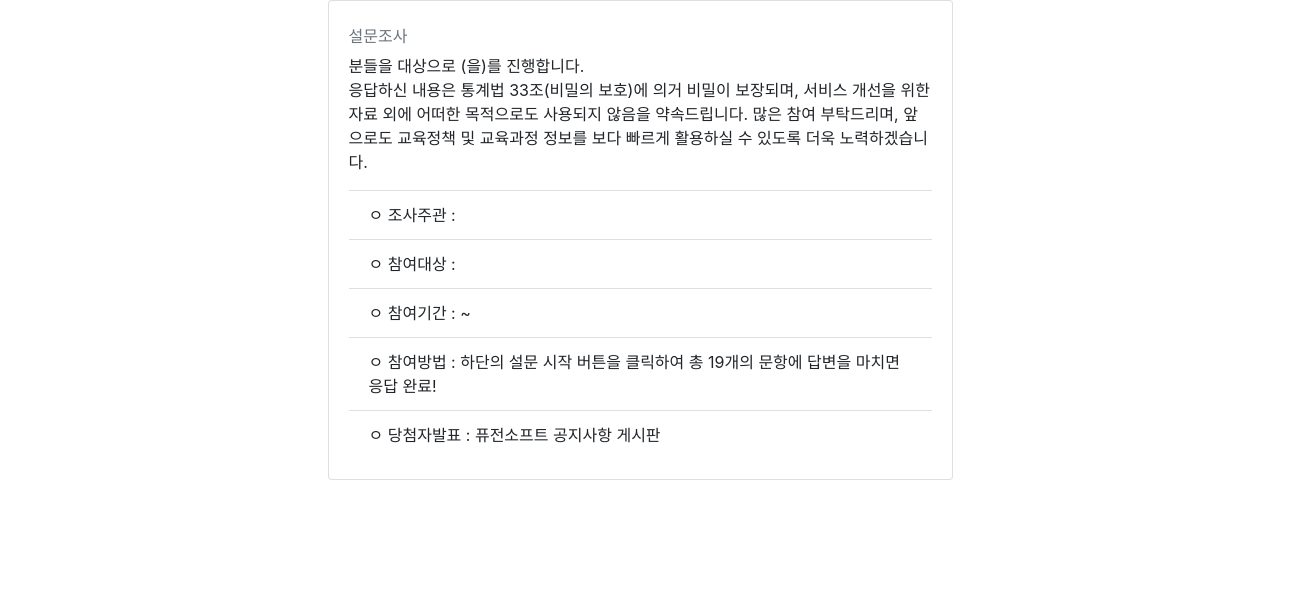
Repository: Pastelkun99/fs_1
Page: http://localhost/Fusion_1/WEB-INF/views/analysisList.jsp
The author's editor kept a copy of each file at every save. The page is drawn from the files as they stood at one save, then again after the next save.
The browser window is 1280 px wide. The page is 1295 px wide, so the pictures cover 1295 px, including what lies to the right of the window. The pictures show the whole page.
The page is served by Tomcat 9. Nobody is signed in. The template is opened directly, without the code that normally fills it, so the values that code supplies are empty.

Above is the page before, as saved 2019-11-21 04:50:18.
Console error: TypeError: Cannot read properties of undefined (reading 'fn')

After the next save:
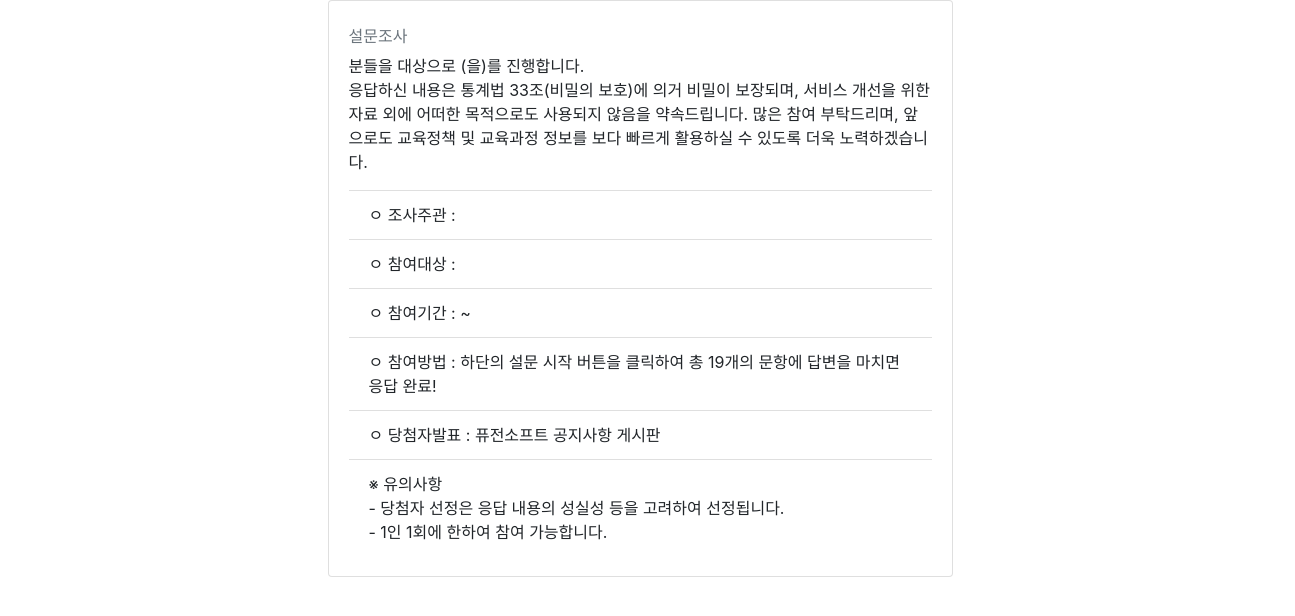
Saved 100 s later.
--- a/Fusion_1/src/main/webapp/WEB-INF/views/analysisList.jsp
+++ b/Fusion_1/src/main/webapp/WEB-INF/views/analysisList.jsp
@@ -34,6 +34,9 @@
 	    	  	<li class="list-group-item">ㅇ 참여기간 : ${infoList.a_fromdate } ~ ${infoList.a_todate }</li>
 	    	  	<li class="list-group-item">ㅇ 참여방법 : 하단의 설문 시작 버튼을 클릭하여 총 19개의 문항에 답변을 마치면 응답 완료!</li>
 	    	  	<li class="list-group-item">ㅇ 당첨자발표 : ${infoList.a_deploydate } 퓨전소프트 공지사항 게시판</li>
+	    	  	<li class="list-group-item">※ 유의사항</br>
+	    	  								- 당첨자 선정은 응답 내용의 성실성 등을 고려하여 선정됩니다.</br>
+	    	  								- 1인 1회에 한하여 참여 가능합니다.</li>
 	    	  </ul>
 		  	</div>
   		</div>
